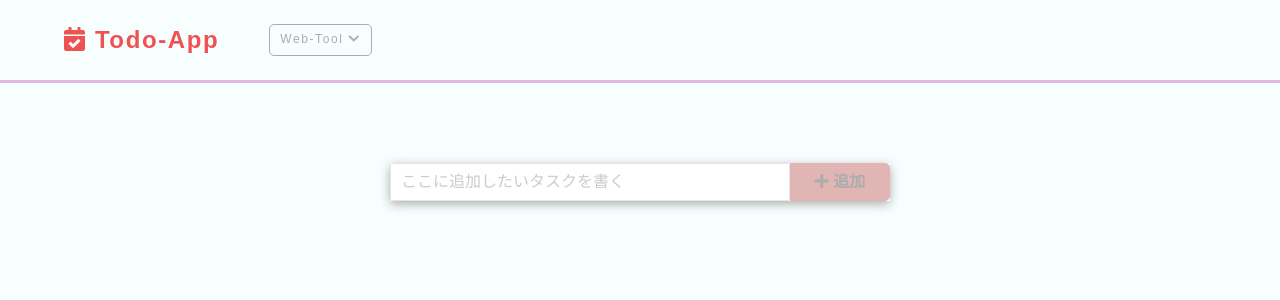
Repository: Hiroshii-m/todo_vue
Page: index.html
These files come from the project's save history. The page is drawn as it stood at one moment and after the next save; the edit follows.
The browser window is 1280 px wide. The pictures show the whole page.
The style sheet was rebuilt from its Sass, Less or Tailwind sources for each picture, by a compiler version that may differ from the author's.

Above is the page before, as saved 2021-06-26 18:29:49.

### index.html
<!DOCTYPE html>
<html lang="ja">
<head>
    <meta charset="UTF-8">
    <meta http-equiv="X-UA-Compatible" content="IE=edge">
    <meta name="viewport" content="width=device-width, initial-scale=1.0">
    <link rel="stylesheet" href="node_modules/@fortawesome/fontawesome-free/css/all.css">
    <link rel="stylesheet" href="dist/css/style.css">
    <title>TODO APP Vue</title>
</head>
<body class="u-bgColor-base">

    <!-- header -->
    <header id="l-header" class="u-border-bottom">
        <div class="c-header">
            <h2 class="c-header__home">
                <i class="fas fa-calendar-check"></i>
                <a class="c-header__text" href="">Todo-App</a>
            </h2>
            <h3 class="c-header__other">
                Web-Tool
                <i class="fas fa-chevron-down"></i>
            </h3>
        </div>
    </header><!-- /header -->

    <!-- main -->
    <section id="l-main">
        <div class="c-main">
            <div id="l-addTask">
                <div class="c-addTask">
                    <input type="text" class="c-addTask__input" placeholder="ここに追加したいタスクを書く">
                    <button class="c-addTask__add">
                        <i class="fas fa-plus"></i>
                        追加
                    </button>
                </div>
            </div>
            <div id="l-search"></div>
            <div id="l-list"></div>
        </div>
    </section>
    <!-- /main -->

</body>
</html>

### src/scss/style.scss

// ======================================
// foundation
// ======================================
@use 'foundation/reset';
@use 'foundation/variables';
@use 'foundation/base';
// ======================================
// layout
// ======================================
#l-header {
    width: 100%;
}
#l-main {
    padding: 80px;
}
// ======================================
// object
// ======================================
// Component
// **************************************
.c-header {
    width: 90%;
    height: 80px;
    margin: 0 auto;
    display: flex;
    align-items: center;
    &__home {
        margin-right: 50px;
        font-weight: bold;
        color: var(--color_red);
        font-size: var(--font-size_xl);
    }
    &__other {
        font-size: var(--font-size_s);
        padding: var(--space_s) var(--space_m);
        border: 1px solid var(--font-color_default);
        border-radius: 5px;
        cursor: pointer;
    }
}
.c-main {
    width: var(--site-width_xxl);
    margin: 0 auto;
}
.c-addTask {
    display: flex;
    max-width: 500px;
    margin: 0 auto;
    box-shadow: 0px 3px 10px 0px;
    &__input {
        width: 80%;
        padding: 5px 10px;
        border: 1px solid var(--border-color_default);
        border-radius: 2px;
    }
    &__add {
        width: 20%;
        text-align: center;
        background: var(--color_pink);
        padding: var(--space_s) var(--space_m);
        font-weight: bold;
        border-radius: 0 5px 5px 0;
    }
}
// Project
// **************************************
// Utility
// **************************************
.u-border {
    &-bottom {
        border-bottom: 3px solid var(--color_accent);
    }
}
.u-bgColor {
    &-base {
        background: var(--color_base);
    }
}

### src/scss/foundation/_variables.scss
:root {
    --font-color_default: #acacac;
    --color_base: #F7FFFE;
    --color_accent: #E3B6E5;
    --color_green: #C3E8C7;
    --color_sky: #C8E4F4;
    --color_red: #F05252;
    --color_blue: #25A1EF;
    --color_pink: #e2b5b5;
    --border-color_default: #E6E6E6;


    --site-width_xxl: 780px;
    --site-width_xl: 680px;
    --site-width_md: 580px;
    --site-width_ms: 414px;

    --font-size_s: 12px;
    --font-size_m: 14px;
    --font-size_default: 16px;
    --font-size_l: 18px;
    --font-size_xl: 24px;
    --font-size_xxl: 28px;
    --font-size_3l: 38px;


    --space_s: 5px;
    --space_m: 10px;
    --space_l: 15px;
    --space_xl: 20px;
    --space_xxl: 30px;
    --space_3l: 40px;

    --font-family_default: "メイリオ", sans-serif;
}

### src/scss/foundation/_base.scss
html, body {
    width: 100%;
    color: var(--font-color_default);
    line-height: 1.6;
    font-family: var(--font-family_default);
    letter-spacing: 0.1em;
}

p, a {
    -webkit-font-smoothing: antialiased;
}

img {
    width: 100%;
    height: 100%;
    vertical-align: bottom;
    object-fit: cover;
}

input {
    display: block;
    width: 100%;
    background: #fff;
}

textarea {
    resize: vertical;
    height: 30px;
}

::placeholder {
    color: #ccc;
}

iframe {
    width: 100%;
}

i {
    cursor: pointer;
}

Loaded but not shown: node_modules/@fortawesome/fontawesome-free/css/all.css (library); src/scss/foundation/_reset.scss (common file)

After the next save:
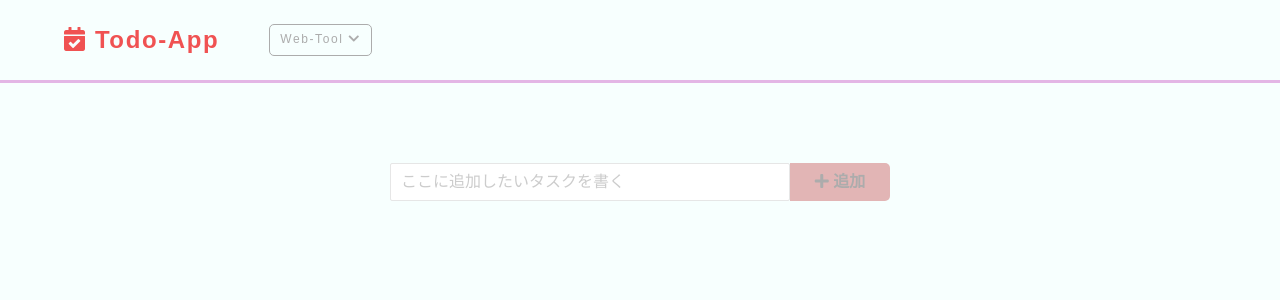
Saved 20 s later.
--- a/src/scss/style.scss
+++ b/src/scss/style.scss
@@ -47,7 +47,6 @@
     display: flex;
     max-width: 500px;
     margin: 0 auto;
-    box-shadow: 0px 3px 10px 0px;
     &__input {
         width: 80%;
         padding: 5px 10px;
